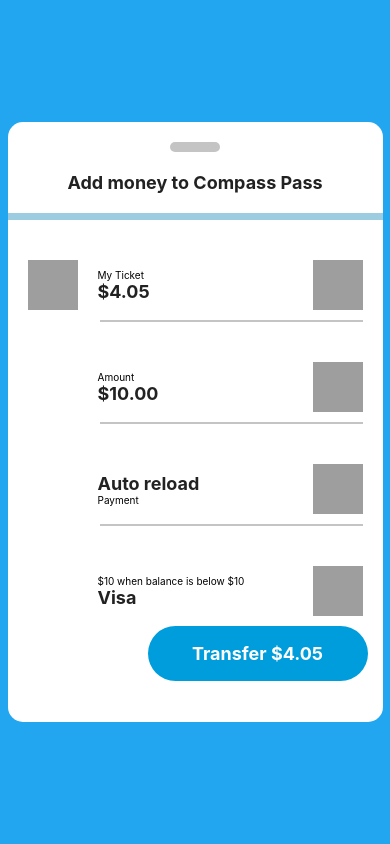
Repository: wilyyy/CompassPlus
Page: /
The author's editor kept a copy of each file at every save. The page is drawn from the files as they stood at one save, then again after the next save.
The browser window is 390 px wide. The pictures show the whole page.
Pictures or frames that could not be fetched are drawn as grey boxes. The app was drawn by React Native's web renderer in a window 390 px wide. The project was rebuilt for these pictures with package versions that can differ from the ones it lists, and the page was loaded fresh each time. Also part of the build but not shown: constants/styles.js, comps/CompassCardParent/cardManager.js, comps/CompassCardParent/transferFunds.js, comps/LinkCompassCard/index.js, comps/RideCardCont/index.js, storybook/stories/CenterView/style.js, comps/SignUpTransitCard/index.js.

Above is the page before, as saved 2021-10-30 19:52:44.

### App.js
import { StatusBar } from 'expo-status-bar';
import React, { useState } from 'react';
import { Button, StyleSheet, Text, View } from 'react-native';

import MobileCard from './comps/CompassCardParent/CardManager';
import AddFundsTab from './comps/CompassCardParent/CardManager/AddFunds';
import TransferBalanceTab from './comps/CompassCardParent/TransferFunds';
import LinkCompassCard from './comps/LinkCompassCard';
import RideCard from './comps/RideCardCont';
import SignUpTransitCard from './comps/SignUpTransitCard';

// export { default } from './storybook';

export default function App() {




  return (
    <View style={styles.container}>
      {/* <LinkCompassCard />
      <RideCard />
      <SignUpTransitCard /> */}

      {/* <MobileCard /> */}
      {/* <TransferBalanceTab /> */}
      <AddFundsTab />
      <StatusBar style="auto" />
    </View>
  );
}

const styles = StyleSheet.create({
  container: {
    flex: 1,
    backgroundColor: '#23A6F0',
    alignItems: 'center',
    justifyContent: 'center',
  },
});

### comps/CompassCardParent/CardManager/AddFunds/index.js
import React, { useState } from 'react';
import { Button, Image, StyleSheet, Switch, Text, TouchableOpacity, View } from 'react-native';
import styled from 'styled-components/native';

const Container = styled.View`
    width: 375px;
    height: 600px;
    background-color: #fff;
    border-radius: 15px;

`;

const Notch = styled.View`
    width: 50px;
    height: 10px;
    background-color: #C4C4C4;
    margin: 20px 0px 0px;
    align-self: center;
    border-radius: 50px;
`;

const Title = styled.Text`
    font-size: 18px;
    color: #222222;
    align-self: center;
    margin: 20px 0px;
    font-weight: 700;
`;

const Divider = styled.View`
    width:100%;
    height:7px;
    background-color: #9BCCE0;
    margin: 0px 0px 30px 0px;
`;

const SettingCont = styled.View`
    flex-direction: row;
    justify-content: space-between;
    align-items: center;
    width:100%;
    /* border-width: 2px;
    border-color: red; */
    padding: 5px 15px;

`;

const SettingsContLeft = styled.View`
    flex-direction: row;
    justify-content: space-between;
    align-items: center;

    /* border-width: 2px;
    border-color: blue; */
`;

const SmallCardIcon = styled.Image`
    width:50px;
    height:50px;
    margin: 5px;
`;

const TextColumn = styled.View`
    width: 200px;
    margin-left:15px;
    /* border-color: red;
    border-width: 2px; */
`;

const SmallTitle = styled.Text`
    font-size: 10px;
`;

const Amount = styled.Text`
    font-size: 18px;
    color: #222222;
    align-self: flex-start;
    font-weight: 700;
`;

const Arrow = styled.Image`
    width:50px;
    height:50px;
    margin: 5px;
    align-self: flex-end;
    /* border-color: red;
    border-width: 2px; */
`;

const Line = styled.View`
    width:70%;
    height:2px;
    background-color: #c4c4c4;
    margin: 0px 20px 30px 50px;
    align-self: flex-end;
`;

const ButtonText = styled.Text`
    font-size: 18px;
    color: #fff;
    align-self: center;
    font-weight: 700;
`;





export default function AddFundsTab({
    FromCardBalance = "$4.05",
    ToCardBalance = "$0.00",
    cardType = 'Pass',
    loadAmount = '$10.00',
    paymentType = 'Visa'
}) {

    return (
        <Container>
            <Notch />
            <Title>Add money to Compass {cardType}</Title>
            <Divider />

            {/* TO this ticket: */}

            <SettingCont>
                <SettingsContLeft>
                    <SmallCardIcon
                        source={{ uri: 'https://reactnative.dev/img/tiny_logo.png', }}
                    />
                    <TextColumn>
                        <SmallTitle>My Ticket</SmallTitle>
                        <Amount>{FromCardBalance}</Amount>
                    </TextColumn>
                </SettingsContLeft>
                <Arrow
                    source={{ uri: 'https://reactnative.dev/img/tiny_logo.png', }}
                />
            </SettingCont>

            <Line />

            {/* AMOUNT */}

            <SettingCont>
                <SettingsContLeft>
                    <SmallCardIcon
                        source={{ uri: '#', }}
                    />
                    <TextColumn>
                        <SmallTitle>Amount</SmallTitle>
                        <Amount>{loadAmount}</Amount>
                    </TextColumn>
                </SettingsContLeft>
                <Arrow
                    source={{ uri: 'https://reactnative.dev/img/tiny_logo.png', }}
                />

            </SettingCont>
            <Line />

            {/* PAYMENT */}

            <SettingCont>
                <SettingsContLeft>
                    <SmallCardIcon
                        source={{ uri: '#', }}
                    />
                    <TextColumn>
                        <Amount>Auto reload</Amount>
                        <SmallTitle>Payment</SmallTitle>

                    </TextColumn>
                </SettingsContLeft>
                <Arrow
                    source={{ uri: 'https://reactnative.dev/img/tiny_logo.png', }}
                />

            </SettingCont>
            <Line />

            {/* AUTO RELOAD */}

            {/* PAYMENT */}

            <SettingCont>
                <SettingsContLeft>
                    <SmallCardIcon
                        source={{ uri: '#', }}
                    />
                    <TextColumn>
                        <SmallTitle>$10 when balance is below $10</SmallTitle>
                        <Amount>{paymentType}</Amount>
                    </TextColumn>
                </SettingsContLeft>
                <Arrow
                    source={{ uri: 'https://reactnative.dev/img/tiny_logo.png', }}
                />

            </SettingCont>

            <TouchableOpacity
                style={styles.TransferButton}
            >
                <ButtonText>Transfer {FromCardBalance}</ButtonText>
            </TouchableOpacity>

        </Container>
    )

};



const styles = StyleSheet.create({
    TransferButton: {
        backgroundColor: '#009DDc',
        color: 'blue',
        width: 220,
        height: 55,
        borderRadius: 50,
        alignSelf: 'flex-end',
        right: 15,
        justifyContent: 'center'
    }
})

After the next save:
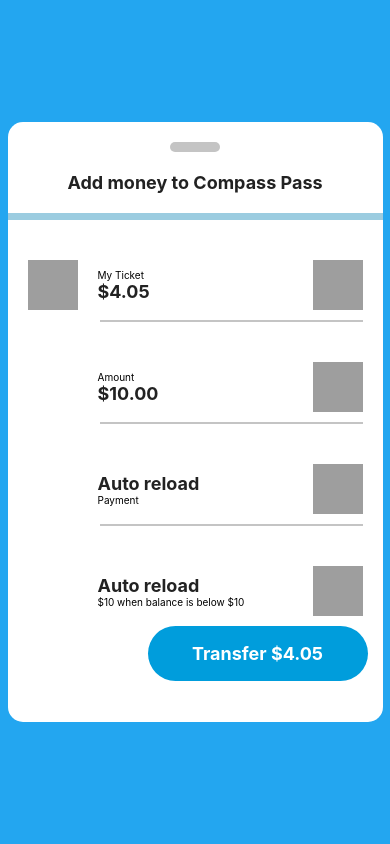
Saved 30 s later.
--- a/comps/CompassCardParent/CardManager/AddFunds/index.js
+++ b/comps/CompassCardParent/CardManager/AddFunds/index.js
@@ -188,8 +188,8 @@
                         source={{ uri: '#', }}
                     />
                     <TextColumn>
+                        <Amount>Auto reload</Amount>
                         <SmallTitle>$10 when balance is below $10</SmallTitle>
-                        <Amount>{paymentType}</Amount>
                     </TextColumn>
                 </SettingsContLeft>
                 <Arrow
